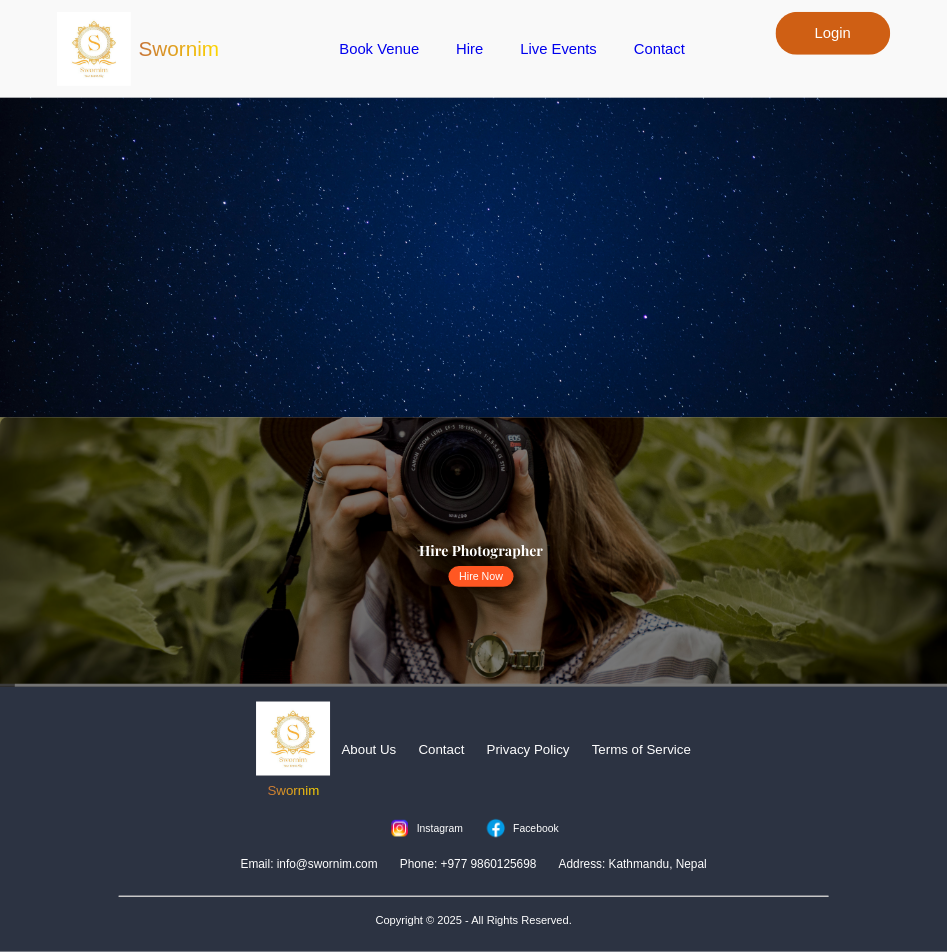
Repository: leonischu/Swornim
Page: / (app in frontend/)
These files come from the project's save history. The page is drawn as it stood at one moment and after the next save; the edit follows.
The browser window is 1280 px wide. The pictures show the whole page, at 74% of full size.
Pictures or frames that could not be fetched are drawn as grey boxes. The project was rebuilt for these pictures with package versions that can differ from the ones it lists, and the page was loaded fresh each time. Also part of the build but not shown: frontend/src/App.css, frontend/src/Pages/Contact.jsx, frontend/src/Pages/LoginSignup.jsx.

Above is the page before, as saved 2025-06-03 19:21:15.

### frontend/public/index.html
<!DOCTYPE html>
<html lang="en">
  <head>
    <meta charset="utf-8" />
    <link rel="icon" href="%PUBLIC_URL%/favicon.ico" />
    <meta name="viewport" content="width=device-width, initial-scale=1" />
    <meta name="theme-color" content="#000000" />
    <meta
      name="description"
      content="Web site created using create-react-app"
    />
    <link rel="apple-touch-icon" href="%PUBLIC_URL%/logo192.png" />
    <!--
      manifest.json provides metadata used when your web app is installed on a
      user's mobile device or desktop. See https://developers.google.com/web/fundamentals/web-app-manifest/
    -->
    <link rel="manifest" href="%PUBLIC_URL%/manifest.json" />
    <link href="https://fonts.googleapis.com/css2?family=Lato:wght@400;600&family=Playfair+Display:wght@400;600;700&display=swap" rel="stylesheet">
    <link rel="stylesheet" href="https://cdnjs.cloudflare.com/ajax/libs/font-awesome/6.0.0-beta3/css/all.min.css"/>

    <!--
      Notice the use of %PUBLIC_URL% in the tags above.
      It will be replaced with the URL of the `public` folder during the build.
      Only files inside the `public` folder can be referenced from the HTML.

      Unlike "/favicon.ico" or "favicon.ico", "%PUBLIC_URL%/favicon.ico" will
      work correctly both with client-side routing and a non-root public URL.
      Learn how to configure a non-root public URL by running `npm run build`.
    -->
    <title>Swornim</title>
  </head>
  <body>
    <noscript>You need to enable JavaScript to run this app.</noscript>
    <div id="root"></div>
    <!--
      This HTML file is a template.
      If you open it directly in the browser, you will see an empty page.

      You can add webfonts, meta tags, or analytics to this file.
      The build step will place the bundled scripts into the <body> tag.

      To begin the development, run `npm start` or `yarn start`.
      To create a production bundle, use `npm run build` or `yarn build`.
    -->
  </body>
</html>

### frontend/src/index.css
body {
  margin: 0;
  font-family: -apple-system, BlinkMacSystemFont, 'Segoe UI', 'Roboto', 'Oxygen',
    'Ubuntu', 'Cantarell', 'Fira Sans', 'Droid Sans', 'Helvetica Neue',
    sans-serif;
  -webkit-font-smoothing: antialiased;
  -moz-osx-font-smoothing: grayscale;
  font-family: 'Lato', sans-serif ;
  color: rgb(29, 29, 29);
}
h1, h2, h3, h4, h5, h6 {
  font-family: 'Playfair Display', serif;
  color: rgb(23, 23, 23); /* Default heading color */
  font-weight: bold;
}
.body-medium {
  font-family: 'Lato', sans-serif;
  font-size: 16px;
  color: rgb(29, 29, 29);
}
.title-medium {
  font-family: 'Playfair Display', serif;
  font-size: 20px;
  font-weight: bold;
  color: rgb(23, 23, 23);
}
.headline-small {
  font-family: 'Playfair Display', serif;
  font-size: 24px;
  font-weight: bold;
  color: white; /* White for headings like "Book Venue" */
}

code {
  font-family: source-code-pro, Menlo, Monaco, Consolas, 'Courier New',
    monospace;
}

### frontend/src/App.js

import './App.css';
import { Navbar } from './Components/Navbar/Navbar';
import { BrowserRouter, Routes, Route } from 'react-router-dom';
import { Book } from './Pages/Book';
import { Contact } from './Pages/Contact';
import { LoginSignup } from './Pages/LoginSignup';
import { Footer} from './Components/Footer/Footer';
import Carousel from './Components/Carousel/Carousel';
function App() {
  return (
    <div>
      <BrowserRouter>
      <Navbar/>
       <Routes>
          <Route path='/' element={<Book/>}/>
          <Route path='/contact' element={<Contact/>}/>

          <Route path='/login' element={<LoginSignup/>}/>
          </Routes>
          <Carousel/>
         <Footer/>
      </BrowserRouter>
    </div>
  );
}

export default App;

### frontend/src/Components/Navbar/Navbar.jsx
import React, { useState } from 'react'
import './Navbar.css'

import logo from '../Assets/logo.jpg'
import { Link } from 'react-router-dom';
export const Navbar = () => {
    const [menu, setMenu] = useState(""); // State for active menu item

  return (
    <div className='navbar'>
      <div className='nav-logo'>
        <img src={logo} alt=""/>
        <p>Swornim</p>
      </div>
      <ul className="nav-menu">
        <li onClick={()=>{setMenu("book venue")}}><Link style={{ textDecoration: 'none' }}to='/'>Book Venue</Link>{menu==="book venue"?<hr/>:<></>}</li>
        <li onClick={()=>{setMenu("hire")}}><Link style={{ textDecoration: 'none' }}to='/hire'> Hire</Link>{menu==="hire"?<hr/>:<></>}</li>
        <li onClick={()=>{setMenu("live events")}}><Link style={{ textDecoration: 'none' }} to='/liveevents'>Live Events</Link>{menu==="live events"?<hr/>:<></>}</li>
        <li onClick={()=>{setMenu("contact")}}><Link style={{ textDecoration: 'none' }}  to='/contact'>Contact</Link >{menu==="contact"?<hr/>:<></>}</li>
      </ul>
      <div className='nav-login-cart'>
        <Link to='/login'><button>Login</button></Link>

      </div>
    </div>
  )
}

### frontend/src/Pages/Book.jsx
import React from 'react';
import Clients  from '../Components/Clients/Clients';
import Carousel from '../Components/Carousel/Carousel';


export const Book = () => {
  return (
    <div>

        <Clients/>
    </div>
  )
}

### frontend/src/Components/Footer/Footer.jsx
import React from 'react'
import './Footer.css'
import footer_logo from '../Assets/logo.jpg'
import instagram_icon from '../Assets/instagram_icon.png'
import facebook_icon from '../Assets/facebook_icon.png'

export const Footer = () => {
  return (
    <div className='footer'>

      {/* Logo and Navigation Links */}
      <div className='footer-top'>
        <div className="footer_logo">
          <img src={footer_logo} alt='logo' />
          <p>Swornim</p>

        </div>

        <ul className='footer-links'>
          <li>About Us</li>
          <li>Contact</li>
          <li>Privacy Policy</li>
          <li>Terms of Service</li>
        </ul>
      </div>

      {/* Social Icons */}
      <div className="footer-social-section">
        <div className="footer-social-icon">
          <a
            href="https://instagram.com"
            target="_blank"
            rel="noopener noreferrer"
            className='footer-icons-container'
          >
            <img src={instagram_icon} alt="Instagram" />
            <span>Instagram</span>
          </a>
          <a
            href="https://facebook.com"
            target="_blank"
            rel="noopener noreferrer"
            className='footer-icons-container'
          >
            <img src={facebook_icon} alt="Facebook" />
            <span>Facebook</span>
          </a>
        </div>
      </div>

      {/* Contact Info */}
      <div className="footer-contact">
        <p>Email: info@swornim.com</p>
        <p>Phone: +977 9860125698 </p>
        <p>Address: Kathmandu, Nepal</p>
      </div>

      {/* Copyright */}
      <div className="footer-copyright">
        <hr />
        <p>Copyright © 2025 - All Rights Reserved.</p>
      </div>

    </div>
  )
}

### frontend/src/Components/Carousel/Carousel.jsx
import React from 'react';
import Slider from "react-slick";
import "slick-carousel/slick/slick.css";
import "slick-carousel/slick/slick-theme.css";
import "./Carousel.css";
const Carousel = () => {
  const settings = {
    dots: true,
    infinite: true,
    speed: 500,
    slidesToShow: 1,
    slidesToScroll: 1,
    autoplay: true,
    autoplaySpeed: 3000,
  };

  const slides = [
    {
      title: "Book Your Event",
      image: require("../Assets/venue.jpg"),
      buttonText: "Book Now",
    },
    {
      title: "Hire Photographer",
      image: require("../Assets/photographer.jpg"),
      buttonText: "Hire Now",
    },
    {
      title: "Hire Makeup Artist",
      image: require("../Assets/makeupartist.jpg"),
      buttonText: "Hire Now",
    },
    {
      title: "Get Into Live Events",
      image: require("../Assets/liveevent.jpg"),
      buttonText: "Explore Now",
    },
  ];

return (
  <div className="carousel-container">
    <Slider {...settings}>
      {slides.map((slide, index) => (
        <div key={index} className="carousel-slide">
          <img
            src={slide.image}
            alt={slide.title}
            className="carousel-image"
          />
          <div className="carousel-overlay">
            <h2 className="carousel-title">{slide.title}</h2>
            <button className="carousel-button">{slide.buttonText}</button>
          </div>
        </div>
      ))}
    </Slider>
  </div>
);
}

export default Carousel;

### frontend/src/Components/Navbar/Navbar.css
.navbar{
    display:flex;
    justify-content: space-around;
    padding: 16px;
    box-shadow: 0 1px 3px -2px black;
}
.nav-logo{
    display: flex;
    align-items: center;
    gap: 10px;
}
.nav-logo p {
    background: linear-gradient(to right, rgba(199, 116, 57, 1), #FFD700);
    -webkit-background-clip: text;
    -webkit-text-fill-color: transparent;
    background-clip: text; /* Optional for broader support */
    font-size: 28px;
    font-weight: 400;
}
.nav-logo img {
    width: 100px; /* Adjust the width of an image/icon */
    height: auto;
}
.nav-menu{
    display: flex;
    align-items: center;
    list-style: none;
    gap: 50px;
    color: black;
    font-size: 20px;
    font-weight: 500;

}
.nav-menu li{
    display: flex;
    flex-direction: column;
    align-items: center;
    justify-content: center;
    gap: 3px;
    cursor: pointer;

}
.nav-menu hr{
    border: none;
    width: 90%;
    height: 3px;
    border-radius: 15px;
    background: rgba(207, 95, 20, 1);

}
.nav-login-cart {
    display: flex; /* Flexbox layout */
    gap: 15px; /* Adjust the gap between buttons */
}
.nav-login-cart button{
    width: 155px;
    height: 58px;
    outline: none;
    border: 1px solid transparent;
    border-radius: 75px;
    background-color: rgba(207, 95, 20, 1);
    color: white;
    font-size: 20px;
    font-weight: 500;
    cursor: pointer;
}
.nav-login-cart button:active{
    background: rgba(44, 51, 66, 1);
}

### frontend/src/Components/Clients/Clients.jsx
import React from 'react';
import Slider from "react-slick";
import "slick-carousel/slick/slick.css";
import "slick-carousel/slick/slick-theme.css";
import "./Clients.css";

const Clients = () => {
  const settings = {
    dots: true,
    infinite: true,
    speed: 500,
    slidesToShow: 1,
    slidesToScroll: 1,
    autoplay: true,
    autoplaySpeed: 2000,
    pauseOnHover: true,
    fade: false,
  };

  const testimonials = [
    {
      name: "Serena Sharma",
      saying: "Swornim made my wedding unforgettable! Their attention to detail was amazing.",
      image: require("../Assets/serena_sharma.jpg"),
    },
    {
      name: "Priyanka Karki",
      saying: "Ayanka's birthday was a magical day, thanks to the incredible team of Swornim. From the beautiful decor to the perfectly organized activities, everything was flawless. Seeing her eyes light up with joy was the best gift I could ask for as a mother!",
      image: require("../Assets/priyanka_karki.jpg"),
    },
    {
      name: "Aarav Khadka",
      saying: "The team went above and beyond for our corporate event. Simply the best!",
      image: require("../Assets/aarav_khadka.jpg"),
    },
  ];

  const backgroundImage = require("../Assets/testimonial_bg.jpg");

  return (
    <div
      className="testimonial-carousel-container"
      style={{ backgroundImage: `url(${backgroundImage})` }}
    >
      <Slider {...settings}>
        {testimonials.map((client, index) => (
          <div key={index} className="testimonial-slide">
            <div className="testimonial-overlay">
              <img
                src={client.image}
                alt={client.name}
                className="testimonial-client-image"
              />
              <div className="testimonial-info">
                <h3 className="testimonial-client-name">{client.name}</h3>
                <div className="testimonial-cloud">
                  <p>{client.saying}</p>
                </div>
              </div>
            </div>
          </div>
        ))}
      </Slider>
    </div>
  );
};

export default Clients;

### frontend/src/Pages/CSS/Contact.css
body {
  font-family: Arial, sans-serif;
  margin: 0;
  padding: 0;
  background-color: #f9f9f9;
}

.contact-container {
  padding: 20px;
}

.contact-title {
  text-align: center;
  font-size: 2.5em;
  color: rgba(44, 51, 66, 1); /* Navy Blue */
  margin-bottom: 10px;
}

.contact-description {
  text-align: center;
  font-size: 1.2em;
  color: #555;
  margin-bottom: 30px;
}

.contact-content {
  display: flex;
  flex-wrap: wrap;
  justify-content: center;
  gap: 20px;
}

.contact-info {
  flex: 1;
  max-width: 500px; /* Increased width */
  background-color: #fff;
  padding: 30px;
  border-radius: 8px;
  box-shadow: 0 2px 10px rgba(0, 0, 0, 0.1);
}

.contact-info h2 {
  margin-bottom: 10px;
  color: rgba(44, 51, 66, 1); /* Navy Blue */
}

.contact-info p {
  margin: 10px 0;
  color: #555;
  font-size: 1.1em; /* Slightly larger text */
}

.contact-form {
  flex: 1;
  max-width: 400px;
}

.contact-input,
.contact-textarea {
  width: 100%;
  margin-bottom: 15px;
  padding: 10px;
  border: 1px solid #ddd;
  border-radius: 5px;
  font-size: 1em;
}

.contact-textarea {
  height: 100px;
  resize: none;
}

.contact-submit {
  width: 100%;
  padding: 10px;
  background-color: rgba(207, 95, 20, 1); /* Orange */
  color: #fff;
  border: none;
  border-radius: 5px;
  font-size: 1.1em;
  cursor: pointer;
}

.contact-submit:hover {
  background-color: rgba(186, 85, 18, 1); /* Slightly darker orange */
}

/* Wow Section */
.wow-section {
  margin-top: 50px;
  text-align: center;
  background-color: rgba(250, 241, 231, 1); /* Light orange-tinted background */
  padding: 30px;
  border-radius: 10px;
  box-shadow: 0 2px 10px rgba(0, 0, 0, 0.1);
}

.wow-title {
  font-size: 2em;
  margin-bottom: 20px;
  color: rgba(44, 51, 66, 1); /* Navy Blue */
}

.carousel {
  display: flex;
  justify-content: center;
  gap: 20px;
}

.carousel-item {
  max-width: 250px;
  padding: 20px;
  background-color: #fff;
  border-radius: 8px;
  box-shadow: 0 2px 10px rgba(0, 0, 0, 0.1);
  transition: transform 0.3s;
}

.carousel-item:hover {
  transform: scale(1.05);
}

.carousel-item h3 {
  margin-bottom: 10px;
  color: rgba(207, 95, 20, 1); /* Orange */
}

.carousel-item p {
  color: #555;
}

### frontend/src/Pages/CSS/LoginSignup.css
body, html {
  margin: 0;
  padding: 0;
  box-sizing: border-box;
  font-family: 'Arial', sans-serif;
}

.loginsignup {
  width: 100%;
  height: 100vh;
  display: flex;
  justify-content: center;
  align-items: center;
  background: none; /* No background color */
}

.loginsignup-container {
  width: 400px;
  padding: 30px;
  background: white;
  border-radius: 10px;
  box-shadow: 0 4px 15px rgba(0, 0, 0, 0.1);
  text-align: center;
}

.loginsignup-container h1 {
  margin-bottom: 20px;
  color: #333;
  font-size: 24px;
}

.input-container {
  position: relative;
  margin-bottom: 20px;
}

.input-container i {
  position: absolute;
  top: 50%;
  left: 10px;
  transform: translateY(-50%);
  color: #aaa;
  font-size: 16px;
}

.input-container input {
  width: calc(100% - 40px);
  padding: 10px 10px 10px 35px;
  border: 1px solid #ccc;
  border-radius: 5px;
  font-size: 16px;
  outline: none;
  color: #333;
}

.input-container input:focus {
  border-color: #555;
}

button {
  width: 100%;
  padding: 12px;
  border: none;
  border-radius: 5px;
  background: rgba(207, 95, 20, 1);
  color: white;
  font-size: 18px;
  cursor: pointer;
  transition: background 0.3s ease-in-out;
}

button:hover {
  background: rgba(165, 75, 15, 1);
}

.loginsignup-login {
  margin-top: 20px;
  color: #555;
  font-size: 14px;
}

.loginsignup-login span {
  color: rgba(165, 75, 15, 1);
  font-weight: bold;
  cursor: pointer;
}

.loginsignup-login span:hover {
  text-decoration: underline;
}

.loginsignup-agree {
  display: flex;
  align-items: center; /* Vertically aligns checkbox and text */
  gap: 10px; /* Space between the checkbox and the text */
  margin-top: 20px;
  font-size: 14px;
  color: #5c5c5c;
}

.loginsignup-agree input {
  margin-right: 10px;
}

.loginsignup-agree input[type='checkbox'] {
  width: 16px; /* Adjust the size of the checkbox */
  height: 16px;
  cursor: pointer; /* Makes the checkbox more interactive */
}

### frontend/src/Components/Carousel/Carousel.css
/* Carousel container */
.carousel-container {
  width: 100vw;
  margin: 0 auto;
  overflow: hidden;
}

/* Each slide */
.carousel-slide {
  position: relative;
  display: flex;
  justify-content: center;
  align-items: center;
}

/* Image styles */
.carousel-image {
  width: 100vw;
  height: 50vh;    /* Half viewport height */
  object-fit: cover; /* Ensures the image fills the area without distortion */
  border-radius: 0;
  box-shadow: 0px 4px 8px rgba(0, 0, 0, 0.1);
}

/* Overlay styles */
.carousel-overlay {
  position: absolute;
  top: 0;
  left: 0;
  width: 100%;
  height: 100%;
  background: rgba(0, 0, 0, 0.5); /* Slightly darker overlay */
  display: flex;
  flex-direction: column;
  justify-content: center;
  align-items: center;
  border-radius: 10px;
  padding: 10px;
}

/* Title styles */
.carousel-title {
  color: white;
  font-size: 1.2rem; /* Smaller font size for titles */
  font-weight: bold;
  margin-bottom: 8px;
  text-align: center;
}

/* Button styles */
.carousel-button {
  background-color: #ff5722;
  color: white;
  display: inline-block;
  width: auto;
  max-width: 150px;
  padding: 6px 14px; /* Smaller padding for buttons */
  border: none;
  border-radius: 20px;
  font-size: 0.9rem; /* Smaller button font size */
  cursor: pointer;
  box-shadow: 0px 2px 6px rgba(0, 0, 0, 0.2);
  transition: background-color 0.3s ease;
}

.carousel-button:hover {
  background-color: #e64a19;
}

### frontend/src/Components/Clients/Clients.css
.testimonial-carousel-container {
  width: 100%;
  height: 60vh;
  background-size: cover;
  background-position: center;
  background-repeat: no-repeat;
  position: relative;
  display: flex;
  justify-content: center;
  align-items: center;
  overflow: hidden; /* Ensure no unwanted overflow */
}

.testimonial-slide {
  display: flex;
  justify-content: center;
  align-items: center;
  height: 100%;
  color: white;
}

.testimonial-overlay {
  display: flex;
  flex-direction: column;
  justify-content: center;
  align-items: center;
  text-align: center;
  padding: 20px;
  background: rgba(0, 0, 0, 0.5);
  border-radius: 15px;
  width: 80%;
}

.testimonial-client-image {
  width: 100px;
  height: 100px;
  border-radius: 50%;
  margin-bottom: 10px;
  border: 3px solid white;
}

.testimonial-info {
  display: flex;
  flex-direction: column;
  align-items: center;
  gap: 10px;
}

.testimonial-client-name {
  font-size: 1.2rem;
  font-weight: bold;
}

.testimonial-cloud {
  position: relative;
  background: white;
  color: black;
  padding: 15px 20px;
  border-radius: 20px;
  font-size: 1rem;
  box-shadow: 0 4px 10px rgba(0, 0, 0, 0.2);
  max-width: 80%;
}

.testimonial-cloud:after {
  content: '';
  position: absolute;
  bottom: -10px;
  left: 50%;
  transform: translateX(-50%);
  border-width: 10px;
  border-style: solid;
  border-color: white transparent transparent transparent;
}

Loaded but not shown: frontend/src/index.js (common file); frontend/src/reportWebVitals.js (common file); frontend/src/Components/Footer/Footer.css (138 lines, source omitted)

After the next save:
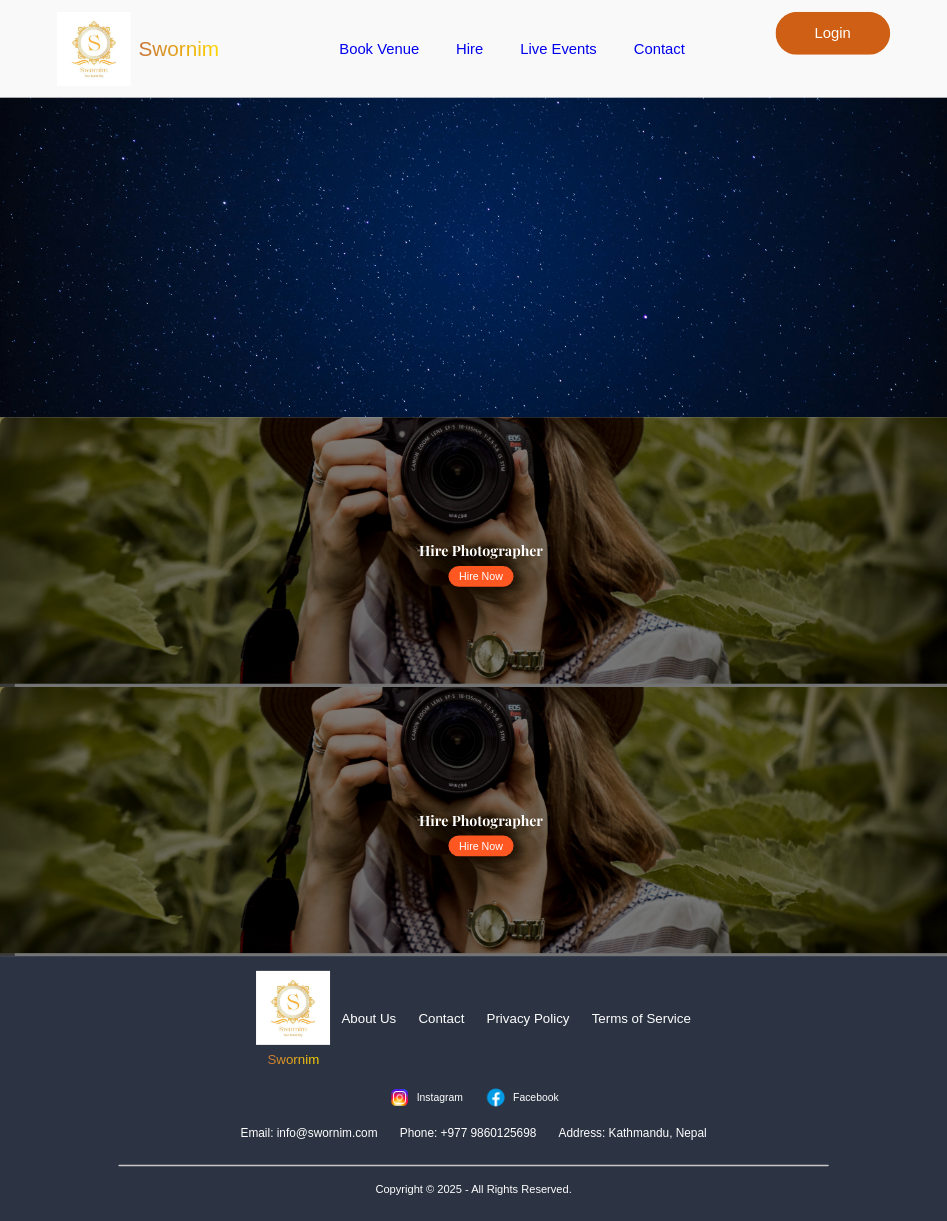
Saved 5 min 28 s later.
--- a/frontend/src/App.js
+++ b/frontend/src/App.js
@@ -18,6 +18,8 @@
 
           <Route path='/login' element={<LoginSignup/>}/>
           </Routes>
+          {/* Show Carousel only if the current path is not '/contact' */}
+          {window.location.pathname !== '/contact' && <Carousel />}
           <Carousel/>
          <Footer/>
       </BrowserRouter>

After the save that followed:
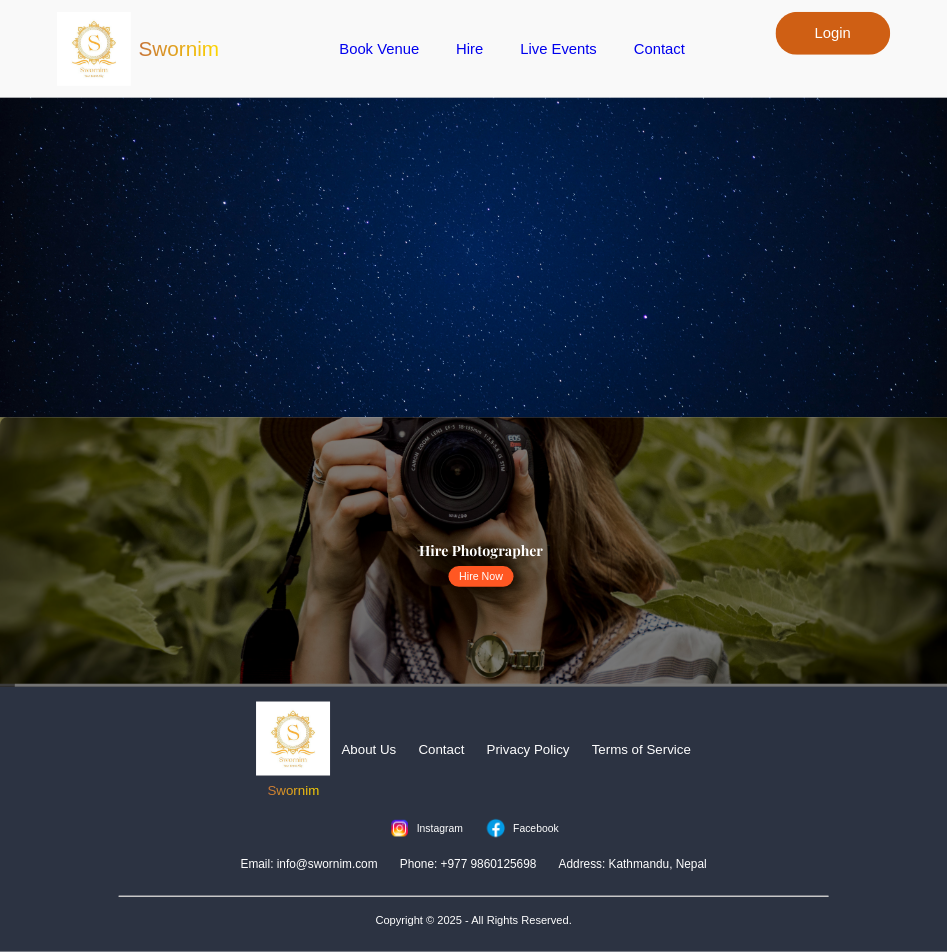
Saved 22 s later.
--- a/frontend/src/App.js
+++ b/frontend/src/App.js
@@ -18,8 +18,7 @@
 
           <Route path='/login' element={<LoginSignup/>}/>
           </Routes>
-          {/* Show Carousel only if the current path is not '/contact' */}
-          {window.location.pathname !== '/contact' && <Carousel />}
+
           <Carousel/>
          <Footer/>
       </BrowserRouter>
